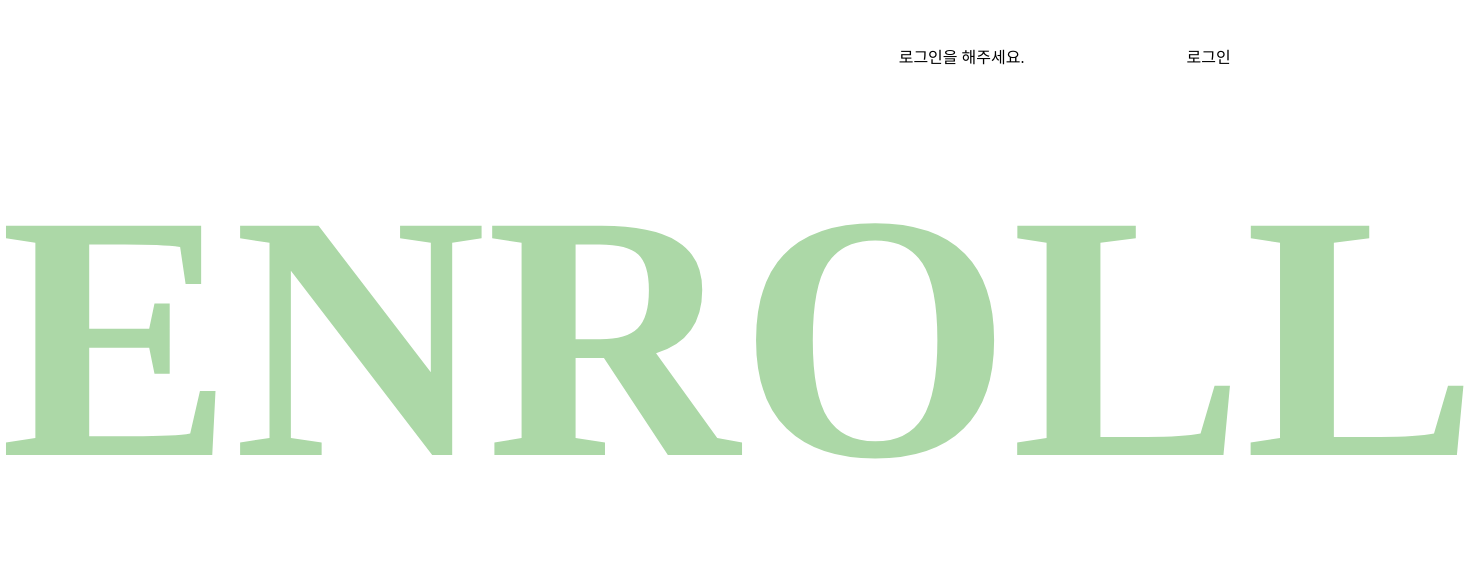
Repository: bokyung124/Enrolment_jsp
Page: http://localhost/lab/main.jsp
An editor plug-in stored every save of this project. The page is shown before and after the next save, followed by the edit.
The browser window is 1280 px wide. The page is 1478 px wide, so the pictures cover 1478 px, including what lies to the right of the window. The pictures show the whole page.
Some web fonts or font styles are not loaded; a fallback is used. The page is served by Tomcat 9.

Above is the page before, as saved 2023-05-30 17:15:23.

After the next save:
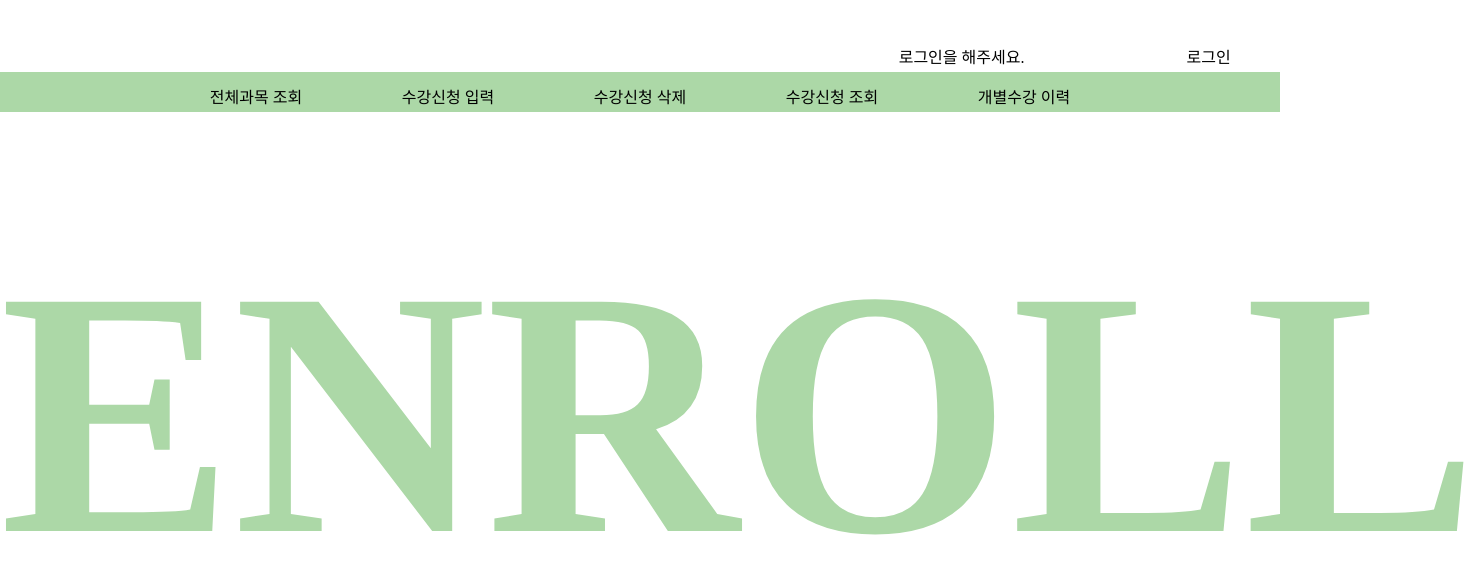
Saved 2 min 5 s later.
--- a/lab/lab/src/main/webapp/main.jsp
+++ b/lab/lab/src/main/webapp/main.jsp
@@ -11,13 +11,15 @@
 
 <body>
 <%@include file="user.jsp"%>
-<% if (session_id != null) {
+<%if (session_id != null) {
 	 	if (session_id.length()==7) { %>
 		<%@include file="top.jsp"%>
 	<% } else if (session_id.length() == 5) { %>
 		<%@include file="top_prof.jsp"%>
 	<% } }
-else {}%>
+else { %>
+	<%@include file="top.jsp"%>
+<% }%>
 
 
 		<h2 class = "mainTitle">ENROLL</h2>
